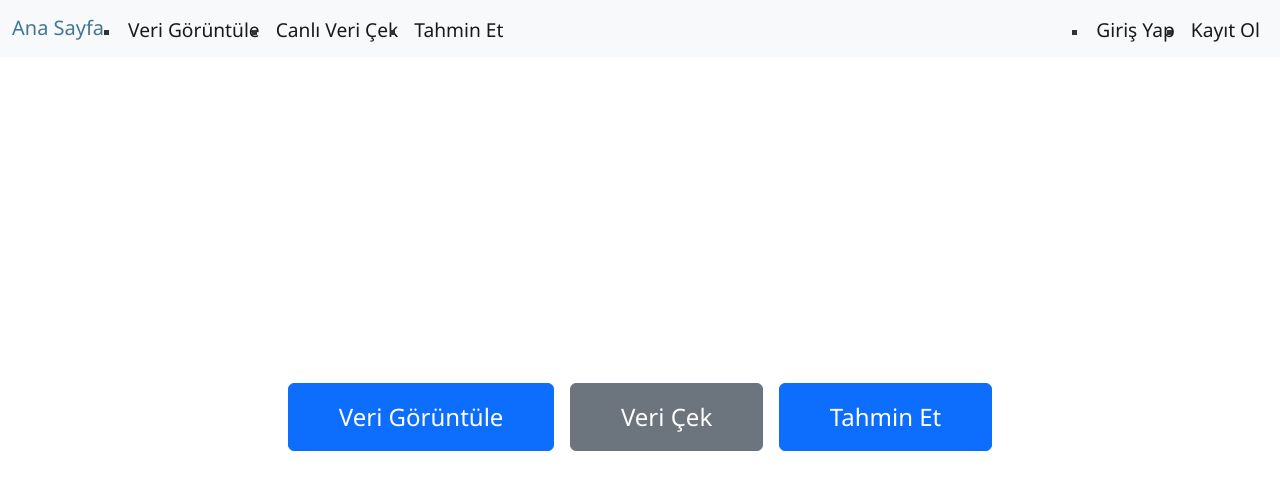
Repository: keremtanil/football_match_result_prediction
Page: http://localhost/
The author's editor kept a copy of each file at every save. The page is drawn from the files as they stood at one save, then again after the next save.
The browser window is 1280 px wide. The pictures show the whole page.
The page is served by the project's application, run on Django 3.2 (blogapp/manage.py). Other server files are loaded and not shown.

Above is the page before, as saved 2025-01-07 18:12:40.

### blogapp/blog/templates/blog/index.html
{% extends "base.html" %}
{% load static %}
{% block css_files %}
    <link rel="stylesheet" href="{% static 'blog/css/style.css' %}">
{% endblock %}

{% block content %}
<div class="d-flex justify-content-center align-items-center vh-100">
    <div class="container-lg px-5">
        <div class="d-flex justify-content-center align-items-center gap-3">
            <button type="button" class="btn btn-primary btn-custom flex-fill" onclick="location.href='{% url 'collect' %}'">Veri Görüntüle</button>
            <button type="button" class="btn btn-secondary btn-custom flex-fill" onclick="location.href='{% url 'live' %}'">Veri Çek</button>
            <button type="button" class="btn btn-primary btn-custom flex-fill" onclick="location.href='{% url 'predict' %}'">Tahmin Et</button>
        </div>
    </div>
</div>
{% endblock %}

### blogapp/templates/base.html
{% load static %}
<!DOCTYPE html>
<html lang="tr">
<head>
    <meta charset="UTF-8">
    <meta http-equiv="X-UA-Compatible" content="IE=edge">
    <meta name="viewport" content="width=device-width, initial-scale=1.0">
    <link href="https://cdn.jsdelivr.net/npm/bootstrap@5.2.3/dist/css/bootstrap.min.css" rel="stylesheet" integrity="sha384-rbsA2VBKQhggwzxH7pPCaAqO46MgnOM80zW1RWuH61DGLwZJEdK2Kadq2F9CUG65" crossorigin="anonymous">
    <link rel="stylesheet" href="{% static 'css/base.css' %}">
    {% block css_files %} {% endblock %}
    <title>Document</title>
</head>
<body>
    <nav class="navbar navbar-expand-lg bg-light">
    <div class="container-fluid">
        <a class="navbar-brand large-text" href="{% url 'home' %}">Ana Sayfa</a>
        <button class="navbar-toggler" type="button" data-bs-toggle="collapse" data-bs-target="#navbarNav" aria-controls="navbarNav" aria-expanded="false" aria-label="Toggle navigation">
        <span class="navbar-toggler-icon"></span>
        </button>
        <div class="collapse navbar-collapse" id="navbarNav">
        <ul class="navbar-nav">
            <li class="nav-item">
            <a class="nav-link active" aria-current="page" href="{% url 'collect' %}" style="font-size: 1.2rem;">Veri Görüntüle</a>
            </li>
            <li class="nav-item">
            <a class="nav-link active" href="{% url 'live' %}" style="font-size: 1.2rem;">Canlı Veri Çek</a>
            </li>
            <li class="nav-item">
            <a class="nav-link active" href="{% url 'predict' %}" style="font-size: 1.2rem;">Tahmin Et</a>
            </li>
        </ul>
        <ul class="navbar-nav ms-auto">
            {% if user.is_authenticated %}
                <li class="nav-item">
                    <a class="nav-link active" href="{% url 'logout' %}" style="font-size: 1.2rem;">Çıkış Yap</a>
                </li>
                <li class="nav-item">
                    <a class="nav-link active" href="" style="font-size: 1.2rem;">Hoşgeldiniz, {{user.get_full_name|title}}</a>
                </li>
            {% else %}
                <li class="nav-item">
                    <a class="nav-link active" href="{% url 'login' %}" style="font-size: 1.2rem;">Giriş Yap</a>
                </li>
                <li class="nav-item">
                    <a class="nav-link active" href="{% url 'register' %}" style="font-size: 1.2rem;">Kayıt Ol</a>
                </li>
            {%endif%}
        </ul>
        </div>
    </div>
    </nav>
    {% block content %}{% endblock %}
    <script src="https://cdn.jsdelivr.net/npm/bootstrap@5.2.3/dist/js/bootstrap.bundle.min.js" integrity="sha384-kenU1KFdBIe4zVF0s0G1M5b4hcpxyD9F7jL+jjXkk+Q2h455rYXK/7HAuoJl+0I4" crossorigin="anonymous"></script>
</body>
</html>

### blogapp/blog/views.py
from django.shortcuts import render
from django.http import HttpResponse
from datetime import datetime
from blog.models import tb_general
from blog.models import tb_home
from blog.models import tb_away
from .forms import DateField
import datetime
import csv
from selenium import webdriver
from selenium.webdriver.chrome.service import Service as ChromeService
from selenium.webdriver.common.by import By
from selenium.webdriver.support.wait import WebDriverWait
from selenium.webdriver.support import expected_conditions as EC
import time
import os
from django.contrib import messages
from django import forms

data ={
    "leagues":[{"league": "Super Lig",},{"league": "Premier League",},{"league": "Bundesliga",},{"league": "Serie A",},{"league": "La Liga",},{"league": "Ligue 1",},{"league": "None",}],
    "seasons": [{"season": f"{year}-{year+1}"} for year in range(datetime.datetime.now().year -2, 2016, -1)] + [{"season": "None"}],
}
data_live ={
    "leagues":[{"league": "Super Lig",},{"league": "Premier League",},{"league": "Bundesliga",},{"league": "Serie A",},{"league": "La Liga",},{"league": "Ligue 1",}],
    "seasons": [{"season": f"{year}-{year+1}"} for year in range(datetime.datetime.now().year -2, 2016, -1)],
}
league_data = {
    "Premier League": {"id": "9", "slug": "Premier-League-Scores-and-Fixtures"},
    "Ligue 1": {"id": "13", "slug": "Ligue-1-Scores-and-Fixtures"},
    "Bundesliga": {"id": "20", "slug": "Bundesliga-Scores-and-Fixtures"},
    "Serie A": {"id": "11", "slug": "Serie-A-Scores-and-Fixtures"},
    "La Liga": {"id": "12", "slug": "La-Liga-Scores-and-Fixtures"},
    "Super Lig": {"id": "26", "slug": "Super-Lig-Scores-and-Fixtures"}
}
def index(request):
    return render(request, "blog/index.html")

def collect_data(request):
    league = {"Premier League":"ENG-m","Ligue 1":"FRA-m","Bundesliga":"GER-m","Serie A":"ITA-m","La Liga":"ESP-m","Super Lig":"TUR-m","None":"None"}
    selected_league_first = request.GET.get('league', None)
    selected_league = league.get(selected_league_first, None)
    selected_season = request.GET.get('season', None)

    general = tb_general.objects.all()

    if selected_league_first and selected_league_first != "None":
        general = general.filter(league=selected_league)

    if selected_season and selected_season != "None":
        season_year = selected_season.split('-')[0]
        general = general.filter(season=season_year)

    # Önce maksimum oyuncu sayılarını bul
    max_home_players = 0
    max_away_players = 0
    for match in general:
        home_count = tb_home.objects.filter(match_ID=match.match_ID).count()
        away_count = tb_away.objects.filter(match_ID=match.match_ID).count()
        max_home_players = max(max_home_players, home_count)
        max_away_players = max(max_away_players, away_count)

    # Boş oyuncu şablonları
    empty_home_player = {
        "home_player_" + field: "-" for field in [
            "name", "shirt_number", "nation", "pos", "age", "min",
            "gls", "ast", "pk", "pkatt", "sh", "sot", "crdy", "crdr",
            "touches", "tkl", "int", "blocks", "xg", "npxg", "xag",
            "sca", "gca", "cmp", "att", "cmp_rate", "prgp", "carries",
            "prgc", "att2", "succ"
        ]
    }

    empty_away_player = {
        "away_player_" + field: "-" for field in [
            "name", "shirt_number", "nation", "pos", "age", "min",
            "gls", "ast", "pk", "pkatt", "sh", "sot", "crdy", "crdr",
            "touches", "tkl", "int", "blocks", "xg", "npxg", "xag",
            "sca", "gca", "cmp", "att", "cmp_rate", "prgp", "carries",
            "prgc", "att2", "succ"
        ]
    }

    merged_data = []
    for match in general:
        home_players = list(tb_home.objects.filter(match_ID=match.match_ID))
        away_players = list(tb_away.objects.filter(match_ID=match.match_ID))

        # Eksik oyuncular için boş kayıtlar ekle
        home_players.extend([empty_home_player.copy() for _ in range(max_home_players - len(home_players))])
        away_players.extend([empty_away_player.copy() for _ in range(max_away_players - len(away_players))])

        merged_data.append({
            "match": match,
            "home_players": home_players,
            "away_players": away_players,
        })

    context = {
        "leagues": data["leagues"],
        "seasons": data["seasons"],
        "merged_data": merged_data,
        "selected_league": selected_league_first if selected_league_first != "None" else None,
        "selected_season": selected_season if selected_season != "None" else None,
    }
    return render(request, "blog/collect_data.html", context)

def scrape_matches(selected_league, selected_season, formatted_date, match_id,request):
    driver = webdriver.Chrome()
    driver.maximize_window()
    # genel_id = match_id
    league_id = league_data[selected_league]["id"]
    league_slug = league_data[selected_league]["slug"]
    base_url = f"https://fbref.com/en/comps/{league_id}/{selected_season}/schedule/{selected_season}-{league_slug}"
    driver.get(base_url)

    column_headers = ["id", "league", "season", "wk", "day", "date", "time","home","xg1","score","xg2","away","attendance","venue","referee"]
    match_found = False
    try:
        driver.execute_script("window.scrollTo(0, document.body.scrollHeight);")
        rows = driver.find_elements(By.CSS_SELECTOR, "tr[data-row]")
        for row in rows:
            match_date_element = row.find_element(By.CSS_SELECTOR, '[data-stat="date"]')
            match_date_text = match_date_element.text.strip()
            try:
                row_date = datetime.datetime.strptime(match_date_text, "%Y-%m-%d")
            except ValueError:
                continue

            if row_date.date() == formatted_date.date():
                match_found = True
                row_data = [selected_league,selected_season]

                cells = row.find_elements(By.XPATH, ".//*[@class='right ' or @class='left ' or @class='center ' or @class='left sort_show' or @class='right sort_show' or @class='right iz']")
                for cell in cells:
                    cell_text = cell.text.strip()
                    if cell_text == "":  # Hücre boşsa
                        row_data.append("")
                    elif any(char.isdigit() for char in cell_text) and '.' in cell_text:
                        row_data.append(f'"{cell_text}"')  # Sayısal veri ise
                    else:
                        row_data.append(cell_text)  # Diğer veriler için
                if row_data:
                    row_data.pop()
                    if selected_league == "Super Lig":
                        row_data.insert(7,"")
                        row_data.insert(9,"")
                        match_data = [match_id] + row_data
                    elif selected_league == "Bundesliga" and int(selected_season.split('-')[0]) <= 2022:
                        row_data.pop(2)
                        match_data = [match_id] + row_data
                    else:
                        match_data = [match_id] + row_data
                    file_exists = os.path.isfile("data_general.csv")
                    with open("data_general.csv", mode="a", newline="", encoding="utf-8") as general_file:
                        writer = csv.writer(general_file)
                        if not file_exists:
                            writer.writerow(column_headers)
                        writer.writerow(match_data)  # Her satırı anında yaz
                    print("Genel maç verileri yazıldı.")
                    # genel_id += 1
                # Detaylar için maç linkine tıkla
            #     match_link = row.find_element(By.CSS_SELECTOR, '[data-stat="match_report"] a').get_attribute("href")
            #     driver.get(match_link)
            #     time.sleep(2)

            #     # Takım istatistiklerini al
            #     tables = driver.find_elements(By.CSS_SELECTOR, ".stats_table.sortable.now_sortable")
            #     print(f"Bulunan tablo sayısı: {len(tables)}")

            #     # Ev sahibi istatistikleri
            #     home_table = tables[0]
            #     home_rows = home_table.find_elements(By.CSS_SELECTOR, "tr[data-row]")

            #     with open("data_home.csv", mode="w", newline="", encoding="utf-8") as home_file:
            #             writer = csv.writer(home_file)
            #             for row in home_rows[:len(home_rows)-1]:  # Başlık satırını atla
            #                 cells = row.find_elements(By.CSS_SELECTOR, "td, th")
            #                 row_data = []
            #                 for cell in cells:
            #                     cell_text = cell.text.strip()
            #                     if cell_text == "":  # Hücre boşsa
            #                         row_data.append("")
            #                     elif any(char.isdigit() for char in cell_text) and '.' in cell_text:
            #                         row_data.append(f'"{cell_text}"')  # Sayısal veri ise
            #                     else:
            #                         row_data.append(cell_text)
            #                 match_data = [match_id] + row_data  # Her oyuncu için ayrı satır
            #                 writer.writerow(match_data)
            # # Deplasman istatistikleri
            #     if len(tables) >= 8:
            #             away_team_table = tables[7]
            #             away_rows = away_team_table.find_elements(By.CSS_SELECTOR, "tr[data-row]")
            #             #away_players = []
            #             with open("data_away.csv", mode="w", newline="", encoding="utf-8") as away_file:
            #                 writer = csv.writer(away_file)
            #                 for row in away_rows[:len(home_rows)-1]:
            #                     cells = row.find_elements(By.CSS_SELECTOR, "td, th")
            #                     row_data = []
            #                     for cell in cells:
            #                         cell_text = cell.text.strip()
            #                         if cell_text == "":  # Hücre boşsa
            #                             row_data.append("")
            #                         elif any(char.isdigit() for char in cell_text) and '.' in cell_text:
            #                             row_data.append(f'"{cell_text}"')  # Sayısal veri ise
            #                         else:
            #                             row_data.append(cell_text)
            #                     match_data = [match_id] + row_data  # Her oyuncu için ayrı satır
            #                     writer.writerow(match_data)

            #     elif len(tables) >= 4:
            #             away_team_table = tables[2]
            #             away_rows = away_team_table.find_elements(By.CSS_SELECTOR, "tr[data-row]")
            #             #away_players = []
            #             with open("data_away.csv", mode="w", newline="", encoding="utf-8") as away_file:
            #                 writer = csv.writer(away_file)
            #                 for row in away_rows[:len(home_rows)-1]:
            #                     cells = row.find_elements(By.CSS_SELECTOR, "td, th")
            #                     row_data = []
            #                     for cell in cells:
            #                         cell_text = cell.text.strip()
            #                         if cell_text == "":  # Hücre boşsa
            #                             row_data.append("")
            #                         elif any(char.isdigit() for char in cell_text) and '.' in cell_text:
            #                             row_data.append(f'"{cell_text}"')  # Sayısal veri ise
            #                         else:
            #                             row_data.append(cell_text)
            #                     match_data = [match_id] + row_data  # Her oyuncu için ayrı satır
            #                     writer.writerow(match_data)
            #     driver.back()
            #     driver.implicitly_wait(30)
                match_id += 1
        if not match_found:
            messages.warning(request, "Belirtilen tarihte maç oynanmamıştır.")

    except Exception as e:
        print(f"Hata oluştu: {e}")

    driver.quit()
def read_csv_to_dict(file_path):
    with open(file_path, mode='r', encoding='utf-8') as file:
        reader = csv.DictReader(file)
        return [row for row in reader]
def clear_csv_file(file_name):
    try:
        with open(file_name, mode="r", encoding="utf-8") as file:
            lines = file.readlines()  # Dosyadaki tüm satırları oku

        if lines:
            with open(file_name, mode="w", newline="", encoding="utf-8") as file:
                file.write(lines[0])  # İlk satırı yaz
                # Diğer satırları atla, yalnızca ilk satır kalır
        else:
            print("Dosya boş, işlem yapılmadı.")
    except FileNotFoundError:
        print(f"{file_name} dosyası bulunamadı.")
    except Exception as e:
        print(f"Hata oluştu: {e}")
# def merge_data(matches, home_players, away_players):
#     merged_data = []
#     for match in matches:
#         match_id = match['id']  # CSV'de eşleşme için ortak bir ID kullan
#         match_data = {
#             'match': match,
#             'home_players': [player for player in home_players if player['match_id'] == match_id],
#             'away_players': [player for player in away_players if player['match_id'] == match_id]
#         }
#         merged_data.append(match_data)
#     return merged_data
def live_collect_data(request):
    form = DateField(request.GET)

    # Sadece form submit edildiğinde işlem yap
    if request.GET:
        selected_date = None
        selected_league = request.GET.get('league', '')
        selected_season = request.GET.get('season', '')

        if form.is_valid():
            selected_date = form.cleaned_data.get('match_date')

            try:
                formatted_date = datetime.datetime.strptime(str(selected_date), "%Y-%m-%d")

                # Veri çekme ve işleme işlemleri
                scrape_matches(selected_league, selected_season, formatted_date, 1, request)
                matches = read_csv_to_dict('data_general.csv')

                merged_data = []
                for match in matches:
                    match_data = {'match': match}
                    merged_data.append(match_data)

                clear_csv_file("data_general.csv")

                context = {
                    "leagues": data_live["leagues"],
                    "seasons": data_live["seasons"],
                    "form": form,
                    "selected_league": selected_league,
                    "selected_season": selected_season,
                    "merged_data": merged_data,
                }

                return render(request, "blog/live_collect_data.html", context)

            except ValueError:
                pass  # Tarih format hatası - JavaScript zaten kontrol ediyor

    # İlk sayfa yüklemesi veya hatalı form durumu
    context = {
        "leagues": data_live["leagues"],
        "seasons": data_live["seasons"],
        "form": form,
    }

    return render(request, "blog/live_collect_data.html", context)
def predict(request):
    return render(request, "blog/predict.html")

### blogapp/blogapp/urls.py
"""blogapp URL Configuration

The `urlpatterns` list routes URLs to views. For more information please see:
    https://docs.djangoproject.com/en/3.2/topics/http/urls/
Examples:
Function views
    1. Add an import:  from my_app import views
    2. Add a URL to urlpatterns:  path('', views.home, name='home')
Class-based views
    1. Add an import:  from other_app.views import Home
    2. Add a URL to urlpatterns:  path('', Home.as_view(), name='home')
Including another URLconf
    1. Import the include() function: from django.urls import include, path
    2. Add a URL to urlpatterns:  path('blog/', include('blog.urls'))
"""
from django.contrib import admin
from django.urls import path, include
from django.conf.urls.static import static
from django.conf import settings
urlpatterns = [
    path('admin/', admin.site.urls),
    path('', include('blog.urls')),
    path('account/', include('account.urls'))
] + static(settings.STATIC_URL, document_root=settings.STATIC_ROOT)

### blogapp/blog/urls.py
from django.urls import path
from . import views
urlpatterns = [
    path("", views.index, name="home"),
    path("index", views.index,),
    path("collect_data", views.collect_data, name="collect"),
    path("predict", views.predict, name="predict"),
    path("live_collect_data/", views.live_collect_data, name="live"),
]

### blogapp/account/urls.py
from django.urls import path
from . import views

urlpatterns = [
    path("login", views.login_page , name="login"),
    path("register", views.register_page , name="register"),
    path("logout", views.logout_page , name="logout"),
]

### blogapp/blog/static/blog/css/style.css
html, body {
    margin: 0 ; /* Varsayılan marjinleri devre dışı bırak */
    padding: 0 ;
    height: 100% ; /* Tam yüksekliği zorunlu kıl */
    overflow: hidden; /* Kaydırmayı engelle */
}
.vh-100 {
height: 100vh; /* Tam görünüm alanı yüksekliği */
}
.btn-custom {
  font-size: 1.5rem;  /* Font boyutunu artırır */
  padding: 15px 30px; /* Butonun içindeki boşlukları artırır */
  text-align: center; /* Buton içeriğini ortalar */
  white-space: nowrap; /* Buton metninin taşmasını engeller */
}
.btn-custom2:hover{
  background-color: #218838;
}
.container-lg {
  max-width: 800px; /* Konteynerin maksimum genişliği */
  margin: 0 auto; /* Ortalanır */
}
.dropdown-menu {
  max-height: 300px; /* Maksimum yüksekliği belirleyin */
  overflow-y: auto;  /* Dikey kaydırmayı aktif hale getirin */
}
/* Takvim alanını iyileştirme */
input[type="date"].form-control {
  background-color: #f8f9fa; /* Hafif gri arka plan */
  border-color: #007bff; /* Kenarlık rengi mavi */
  color: #000; /* Yazı rengi siyah */
  text-align: center;
  height: calc(2.5rem + 2px); /* Diğer butonlarla eşitlemek için */
  width: 100%; /* Tam genişlik için */
  border-radius: 0.25rem; /* Hafif yuvarlatılmış kenarlar */
}

/* Focus efekti */
input[type="date"].form-control:focus {
  outline: none;
  box-shadow: 0 0 5px #007bff; /* Hover efekti */
  border-color: #0056b3; /* Daha koyu mavi */
}
.form-container {
  max-width: 900px;
  margin: 30px auto;
  padding: 20px;
  border: 1px solid #ddd;
  border-radius: 10px;
  background-color: #f9f9f9;
}
.form-row {
  display: flex;
  flex-wrap: wrap;
  gap: 15px;
  justify-content: space-between;
}
.form-group {
  flex: 1 1 calc(48% - 10px);
  display: flex;
  flex-direction: column;
}
.form-group input {
  height: 40px;
  font-size: 14px;
}
.submit-btn {
  width: 100%;
  background-color: #198754;
  color: white;
  height: 50px;
  font-size: 16px;
  border: none;
  border-radius: 5px;
  margin-top: 20px;
}
.submit-btn:hover {
  background-color: #218838;
}
.message-container {
  display: flex;
  justify-content: center;
  align-items: center;
  margin-top: 20px;
}

.alert-container {
  width: 80%;
  max-width: 600px;
}

.alert {
  background-color: #f8f9fa;
  border: 1px solid #ced4da;
  border-radius: 8px;
  padding: 15px;
  font-size: 16px;
  box-shadow: 0px 4px 6px rgba(0, 0, 0, 0.1);
}

.alert .alert-text {
  color: #212529;
  font-family: 'Arial', sans-serif;
}

.btn-close {
  color: #6c757d;
}
.alert-warning {
  background-color: #fff3cd;
  border-color: #ffecb5;
  color: #664d03;
  padding: 8px 12px;
  font-size: 13px;
  border-radius: 4px;
  box-shadow: 0 2px 4px rgba(0,0,0,0.1);
  margin-top: 5px;
  display: none;
  position: absolute;
  width: 100%;
  z-index: 1000;
}

.dropdown {
  position: relative;
  margin-bottom: 10px;
}

/* İkon stili */
.alert-warning i {
  margin-right: 5px;
  color: #856404;
}

Loaded but not shown: blogapp/staticfiles/admin/css/base.css (common file)

After the next save:
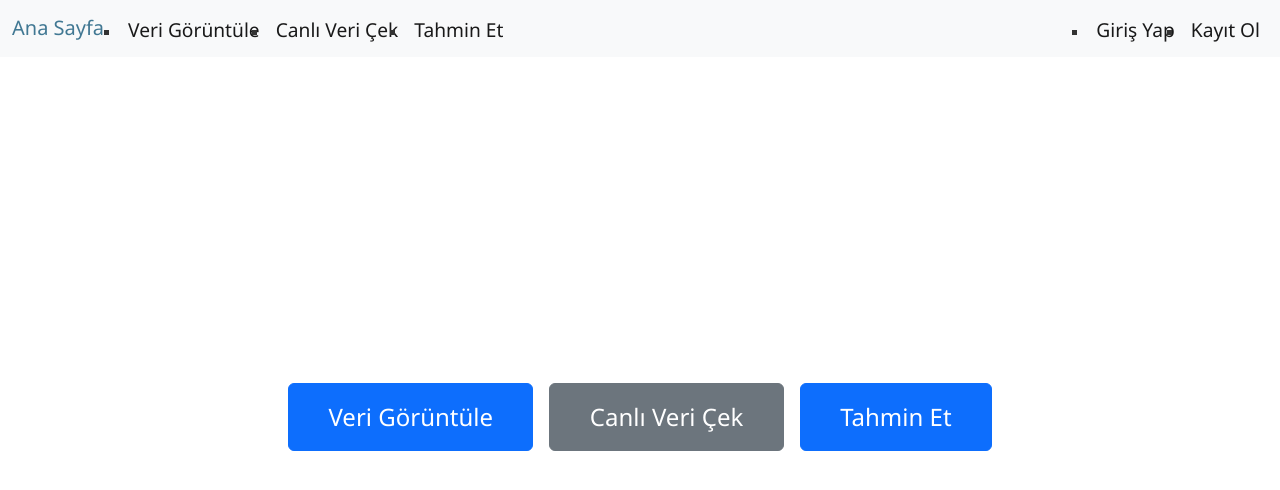
Saved 29 s later.
--- a/blogapp/blog/templates/blog/index.html
+++ b/blogapp/blog/templates/blog/index.html
@@ -9,7 +9,7 @@
     <div class="container-lg px-5">
         <div class="d-flex justify-content-center align-items-center gap-3">
             <button type="button" class="btn btn-primary btn-custom flex-fill" onclick="location.href='{% url 'collect' %}'">Veri Görüntüle</button>
-            <button type="button" class="btn btn-secondary btn-custom flex-fill" onclick="location.href='{% url 'live' %}'">Veri Çek</button>
+            <button type="button" class="btn btn-secondary btn-custom flex-fill" onclick="location.href='{% url 'live' %}'">Canlı Veri Çek</button>
             <button type="button" class="btn btn-primary btn-custom flex-fill" onclick="location.href='{% url 'predict' %}'">Tahmin Et</button>
         </div>
     </div>
